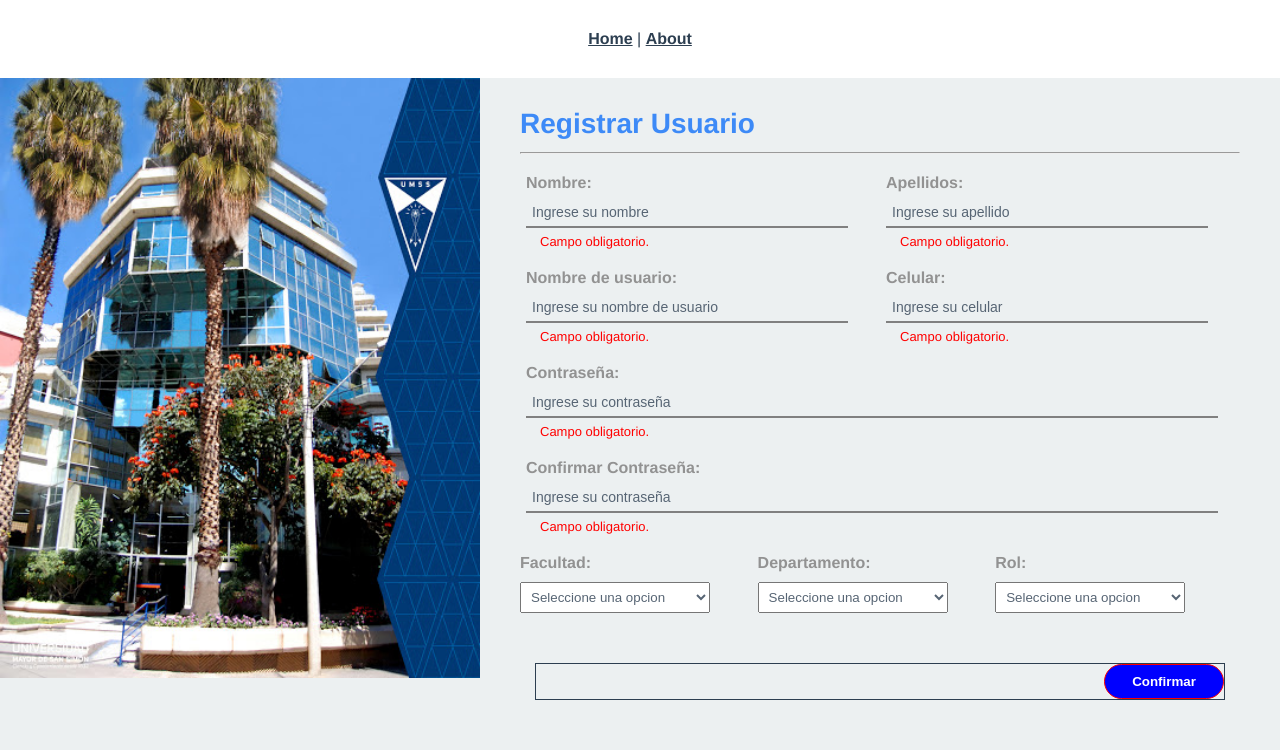
Repository: BritanyTorrico/front-cotizaciones
Page: /register
An editor plug-in stored every save of this project. The page is shown before and after the next save, followed by the edit.
The browser window is 1280 px wide. The pictures show the whole page.
The project was rebuilt for these pictures with package versions that can differ from the ones it lists, and the page was loaded fresh each time. Also part of the build but not shown: vue.config.js, src/components/HelloWorld.vue, src/views/Home.vue.

Above is the page before, as saved 2021-04-22 12:53:38.

### src/main.js
import Vue from "vue";
import App from "./App.vue";
import router from "./router";
import store from "./store";
import instance from "@/services/axios";
import Vuelidate from "vuelidate";
Vue.config.productionTip = false;
Vue.prototype.$http = instance;
Vue.use(Vuelidate);
new Vue({
    router,
    store,
    render: (h) => h(App),
}).$mount("#app");

### src/App.vue
<template>
  <div id="app">
    <div id="nav">
      <router-link to="/">Home</router-link> |
      <router-link to="/about">About</router-link>
    </div>
    <router-view />
  </div>
</template>

<style>
* {
  padding: 0;
  margin: 0;
}
:root {
  --color-title: #3d8af7;
  --color-name: #929292;
  --color-line: #c0c0c0;
}
#app {
  font-family: Avenir, Helvetica, Arial, sans-serif;
  -webkit-font-smoothing: antialiased;
  -moz-osx-font-smoothing: grayscale;
  text-align: center;
  color: #2c3e50;
}

#nav {
  padding: 30px;
}

#nav a {
  font-weight: bold;
  color: #2c3e50;
}

#nav a.router-link-exact-active {
  color: #42b983;
}
</style>

### src/router/index.js
import Vue from "vue";
import VueRouter from "vue-router";
import Home from "../views/Home.vue";

Vue.use(VueRouter);

const routes = [{
        path: "/",
        name: "Home",
        component: Home,
    },
    {
        path: "/about",
        name: "About",
        // route level code-splitting
        // this generates a separate chunk (about.[hash].js) for this route
        // which is lazy-loaded when the route is visited.
        component: () =>
            import ( /* webpackChunkName: "about" */ "../views/About.vue"),
    },
    {
        path: "/register",
        name: "RegisterUserPage",
        component: () =>
            import ("../views/RegisterUserPage.vue"),
    },
];

const router = new VueRouter({
    mode: "history",
    base: process.env.BASE_URL,
    routes,
});

export default router;

### src/services/axios.js
import axios from "axios";

const instance = axios.create({
    baseURL: "http://localhost:4000/",
    headers: { "Content-Type": "application/json" },
});

export default instance;

### src/views/RegisterUserPage.vue
<template>
  <div>
    <register-user />
  </div>
</template>

<script>
import RegisterUser from "@/components/User/RegisterUser.vue";
export default {
  components: { RegisterUser },
  name: "RegisterUserPage",
};
</script>

<style lang="scss" scoped></style>

### src/components/User/RegisterUser.vue
<template>
  <div class="container">
    <form @submit.prevent="submitForm">
      <div class="flex-container">
        <div class="form__image">
          <img src="@/assets/edificioUMSS.jpg" alt="" />
        </div>

        <div class="form__datos">
          <div class="form_title">
            <h1>Registrar Usuario</h1>
            <hr class="form__linea" />
          </div>
          <div class="form__section">
            <div class="form__name">
              <label
                ><div class="formulario_label">Nombre:</div>
                <input
                  v-on:keydown="keyhandler($event)"
                  :class="
                    $v.users.nombres.$invalid
                      ? 'form_check-input-error'
                      : 'form__input'
                  "
                  type="text"
                  placeholder="Ingrese su nombre"
                  v-model="users.nombres"
                />
              </label>
              <div class="form_check-error" v-if="!$v.users.nombres.required">
                Campo obligatorio.
              </div>
              <div class="form_check-error" v-if="!$v.users.nombres.maxLength">
                Máximo
                {{ $v.users.nombres.$params.maxLength.max }}caracteres.
              </div>
            </div>
            <div class="form__name">
              <label
                ><div class="formulario_label">Apellidos:</div>
                <input
                  :class="
                    $v.users.apellidos.$invalid
                      ? 'form_check-input-error'
                      : 'form__input'
                  "
                  type="text"
                  placeholder="Ingrese su apellido"
                  required
                  v-model="users.apellidos"
                />
              </label>
              <div class="form_check-error" v-if="!$v.users.apellidos.required">
                Campo obligatorio.
              </div>
              <div
                class="form_check-error"
                v-if="!$v.users.apellidos.maxLength"
              >
                Máximo
                {{ $v.users.apellidos.$params.maxLength.max }} caracteres.
              </div>
            </div>
          </div>
          <div class="form__section">
            <div class="form__name">
              <label
                ><div class="formulario_label">Nombre de usuario:</div>
                <input
                  :class="
                    $v.users.nombre_usuario.$invalid
                      ? 'form_check-input-error'
                      : 'form__input'
                  "
                  type="text"
                  placeholder="Ingrese su nombre de usuario"
                  v-model="users.nombre_usuario"
                  required
                />
              </label>
              <div
                class="form_check-error"
                v-if="!$v.users.nombre_usuario.required"
              >
                Campo obligatorio.
              </div>
              <div
                class="form_check-error"
                v-if="!$v.users.nombre_usuario.maxLength"
              >
                Máximo
                {{ $v.users.nombre_usuario.$params.maxLength.max }} caracteres.
              </div>
            </div>
            <div class="form__name">
              <label
                ><div class="formulario_label">Celular:</div>
                <input
                  :class="
                    $v.users.celular.$invalid
                      ? 'form_check-input-error'
                      : 'form__input'
                  "
                  type="text"
                  placeholder="Ingrese su celular"
                  v-model="users.celular"
                />
              </label>
              <div class="form_check-error" v-if="!$v.users.celular.required">
                Campo obligatorio.
              </div>
            </div>
          </div>
          <div class="form__section2">
            <div class="formulario_label">Contraseña:</div>
            <input
              type="password"
              :class="
                $v.users.contrasena.$invalid
                  ? 'form_check-input-error'
                  : 'form__input'
              "
              placeholder="Ingrese su contraseña"
              v-model="users.contrasena"
            />
            <div class="form_check-error" v-if="!$v.users.contrasena.required">
              Campo obligatorio.
            </div>
            <div class="form_check-error" v-if="!$v.users.contrasena.maxLength">
              Contraseña muy larga máximo
              {{ $v.users.contrasena.$params.maxLength.max }} caracteres.
            </div>
          </div>
          <div class="form__section2">
            <div class="formulario_label">Confirmar Contraseña:</div>
            <input
              type="password"
              :class="
                $v.users.confirmarContraseña.$invalid
                  ? 'form_check-input-error'
                  : 'form__input'
              "
              placeholder="Ingrese su contraseña"
              v-model="users.confirmarContraseña"
            />
            <div
              class="form_check-error"
              v-if="!$v.users.confirmarContraseña.required"
            >
              Campo obligatorio.
            </div>
            <div
              class="form_check-error"
              v-if="!$v.users.confirmarContraseña.maxLength"
            >
              Contraseña muy larga maximo
              {{ $v.users.confirmarContraseña.$params.maxLength.max }}
              caracteres.
            </div>
          </div>
          <div class="form__section3">
            <div class="fomrm__section__item">
              <lista-desplegable
                v-model="users.facultad"
                nombreLista="Facultad:"
                :lista="listfacultad"
              ></lista-desplegable>
            </div>
            <div class="fomrm__section__item">
              <lista-desplegable
                v-model="users.departamento"
                nombreLista="Departamento:"
                :lista="listDepartament"
              ></lista-desplegable>
            </div>
            <div class="fomrm__section__item">
              <lista-desplegable
                v-model="users.nombre_rol"
                nombreLista="Rol:"
                :lista="listRoles"
              ></lista-desplegable>
            </div>
          </div>
          <div class="boton">
            <input type="submit" value="Confirmar" class="boton__input" />
          </div>
          <Alert ref="alert"></Alert>
        </div>
      </div>
    </form>
  </div>
</template>

<script>
import { required, minLength, maxLength } from "vuelidate/lib/validators";
import ListaDesplegable from "./ListaDesplegable.vue";
import Alert from "@/components/User/Alert.vue";
export default {
  components: { ListaDesplegable, Alert },
  name: "RegisterUser",
  data() {
    return {
      users: {
        nombre_usuario: null,
        contrasena: null,
        confirmarContraseña: null,
        nombres: null,
        apellidos: null,
        celular: null,
        facultad: null,
        departamento: null,
        nombre_rol: null,
      },
      listDepartament: [
        "Ingeniería de Sistemas",
        "Ingeniería Informática",
        "Ingeniería Civil",
        "Ingeniería Mecánica",
        "Administración",
      ],
      listfacultad: [
        "FACULTAD DE CIENCIAS Y TECNOLOGIA",
        "FACULTAD DE CIENCIAS ECONÓMICAS",
      ],
      listRoles: [
        "Super Usuario",
        "Jefe de Departamento",
        "Secretario",
        "Cotizador",
        "Responsable de Presupuestos",
      ],
    };
  },
  validations: {
    users: {
      nombres: {
        required,
        minLength: minLength(3),
        maxLength: maxLength(20),
      },
      apellidos: {
        required,
        minLength: minLength(4),
        maxLength: maxLength(30),
      },
      nombre_usuario: {
        required,
        maxLength: maxLength(20),
      },
      contrasena: {
        required,
        minLength: minLength(8),
        maxLength: maxLength(20),
      },
      confirmarContraseña: {
        required,
        minLength: minLength(8),
        maxLength: maxLength(20),
      },
      celular: {
        required,
        minLength: minLength(8),
      },
    },
  },
  methods: {
    keyhandler(e) {
      if (!e.key.match(/^[a-zA-Z0-9ñÑáéíóúÁÉÍÓÚ.\s]*$/)) {
        e.preventDefault();
      }
    },
    async submitForm() {
      try {
        if (!this.$v.users.$invalid) {
          console.log("creo");
          await this.sendDataUsers();

          this.alert("success", "Usuario creado exitosamente");
          await this.sendUsernameRol();
        } else {
          this.alert("warning", "Rellene todos los datos correctamente");
        }
      } catch (error) {
        this.alert("warning", "Error al crear usuario");
      }
    },

    async sendUsernameRol() {
      try {
        console.log("roles");
        await this.$http.post("usersPerRole", {
          nombre_rol: this.users.nombre_rol,
          nombre_usuario: this.users.nombre_usuario,
        });
      } catch (error) {
        throw new Error("ALGO SALIO MAL");
      }
    },
    async sendDataUsers() {
      try {
        console.log(this.users);
        await this.$http.post("users", {
          nombre_usuario: this.users.nombre_usuario,
          contrasena: this.users.contrasena,
          nombres: this.users.nombres,
          apellidos: this.users.apellidos,
          celular: this.users.celular,
          facultad: this.users.facultad,
          departamento: this.users.departamento,
        });
      } catch (error) {
        throw new Error("ALGO SALIO MAL");
      }
    },
    alert(alertType, alertMessage) {
      this.$refs.alert.showAlert(alertType, alertMessage);
    },
  },
};
</script>

<style lang="css" scoped>
.flex-container {
  display: flex;
  background-color: #ecf0f1;
}
.form__image {
  width: 40%;
}
.form__image img {
  width: 100%;
  height: 600px;
}

.form__datos {
  width: 60%;
  margin-left: 40px;
  margin-right: 40px;
}
.form_title {
  color: var(--color-title);
  text-align: left;
  font-size: 14px;
}
.form_title h1 {
  padding-top: 30px;
  padding-bottom: 12px;
}
.form__linea {
  color: var(--color-title);
}
.form__input {
  width: 100%;
  padding: 6px;
  margin: 6px 6px;
  border: none;
  border-bottom: 2px solid var(--color-line);
  background-color: transparent;
  color: black;
  font-size: 14px;
}
.form_check-input-error {
  width: 100%;
  padding: 6px;
  margin: 6px 6px;
  border: none;
  border-bottom: 2px solid gray;
  background-color: transparent;
  color: black;
  font-size: 14px;
}
.form__input:focus {
  background: linear-gradient(to bottom, transparent, #ced6e0);
  outline: none;
  border-bottom: 2px solid #747d8c;
}
.form_check-input-error:focus {
  background: linear-gradient(to bottom, transparent, #ced6e0);
  outline: none;
  border-bottom: 2px solid red;
}
::placeholder {
  color: #576574;
}
.form__section {
  margin-top: 20px;
  display: flex;
}
.form__section2 {
  margin-top: 20px;
  margin-right: 40px;
}
.form__section3 {
  display: flex;
}
.fomrm__section__item {
  width: 33%;
}
.formulario_label {
  padding-left: 6px;
  color: var(--color-name);
  text-align: left;
  font-weight: bold;
}
.form__name {
  width: 100%;
  padding-right: 50px;
}
.boton {
  display: flex;
  justify-content: right;
  align-items: right;
  margin: 50px 15px;
  text-align: right;
  border: 1px solid;
}
.boton__input {
  width: 120px;
  height: 35px;
  border-radius: 30px;
  background: blue;
  color: white;
  font-weight: bold;
  border-bottom: none;
  border: none;
  border: 1px solid red;
}
.form_check-error {
  color: red;
  font-size: 13px;
  text-align: left;
  margin-left: 20px;
}
</style>

### src/components/User/ListaDesplegable.vue
<template>
  <div class="container">
    <div class="container__label">{{ nombreLista }}</div>
    <select
      v-on:input="$emit('input', $event.target.value)"
      class="container__list"
    >
      <option selected="true" disabled="disabled">Seleccione una opcion</option>
      <option
        class="container__list__option"
        v-for="(item, index) in lista"
        :key="index"
        :value="item"
      >
        {{ item }}</option
      >
    </select>
  </div>
</template>

<script>
export default {
  name: "ListaDesplegable",
  data() {
    return {};
  },
  props: {
    value: String,
    nombreLista: String,
    nombre: String,
    lista: Array,
  },

  methods: {},
};
</script>

<style lang="css" scoped>
.container {
  text-align: left;
  padding-top: 20px;
}
.container__label {
  color: var(--color-name);
  margin-bottom: 10px;
  font-weight: bold;
}
.container__list {
  width: 80%;
  color: #576574;
  padding: 6px;
}
.container__list__option {
}
</style>

### src/components/User/Alert.vue
<template>
  <div v-if="show" class="alert" :class="type">
    <span class="closebtn" @click="hideAlert()">&times;</span>
    {{ message }}
  </div>
</template>

<script>
export default {
  name: "Alert",
  data() {
    return {
      show: false,
      type: "",
      message: "",
    };
  },
  methods: {
    showAlert(alertType, alertMessage) {
      this.type = alertType;
      this.message = alertMessage;
      this.show = true;
    },
    hideAlert() {
      this.show = false;
    },
  },
};
</script>

<style scoped>
.alert {
  display: block;
  padding: 20px;
  color: white;
  top: 30px;
  right: 0px;
  position: fixed;
  z-index: 2;
}
.success {
  background-color: #0064d0;
}
.warning {
  background-color: #ed1c24;
}
.closebtn {
  margin-left: 15px;
  color: white;
  font-weight: bold;
  float: right;
  font-size: 22px;
  line-height: 20px;
  cursor: pointer;
  transition: 0.3s;
}
.closebtn:hover {
  color: black;
}
</style>

Loaded but not shown: public/index.html (common file); src/store/index.js (common file)

After the next save:
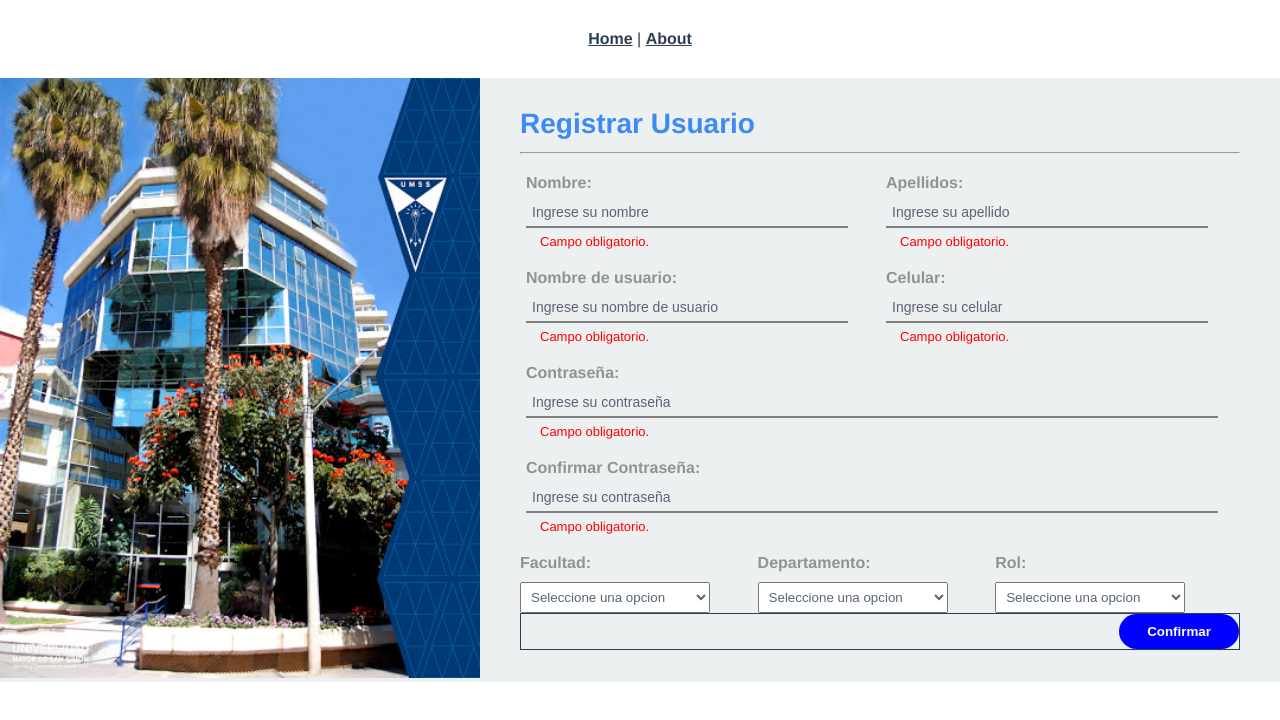
Saved 22 s later.
--- a/src/components/User/RegisterUser.vue
+++ b/src/components/User/RegisterUser.vue
@@ -410,7 +410,7 @@
   display: flex;
   justify-content: right;
   align-items: right;
-  margin: 50px 15px;
+
   text-align: right;
   border: 1px solid;
 }
@@ -423,7 +423,6 @@
   font-weight: bold;
   border-bottom: none;
   border: none;
-  border: 1px solid red;
 }
 .form_check-error {
   color: red;

After the save that followed:
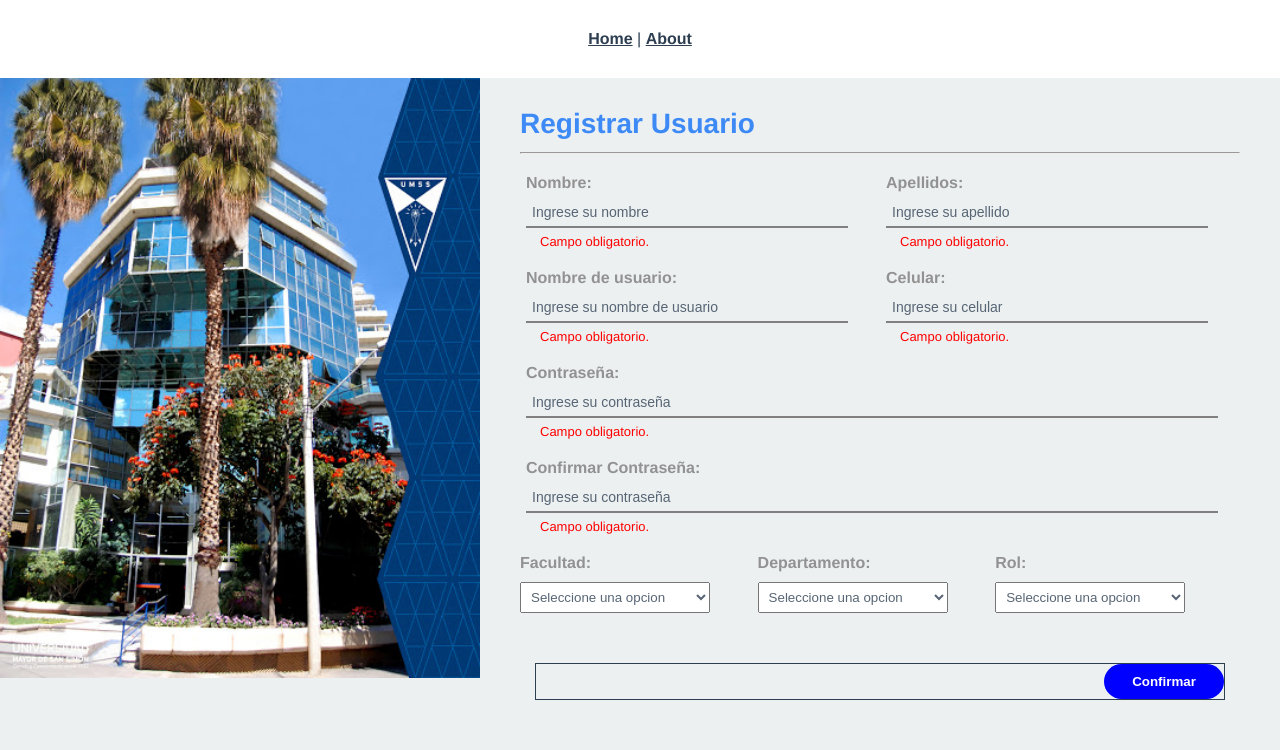
Saved 4 s later.
--- a/src/components/User/RegisterUser.vue
+++ b/src/components/User/RegisterUser.vue
@@ -410,7 +410,7 @@
   display: flex;
   justify-content: right;
   align-items: right;
-
+  margin: 50px 15px;
   text-align: right;
   border: 1px solid;
 }
